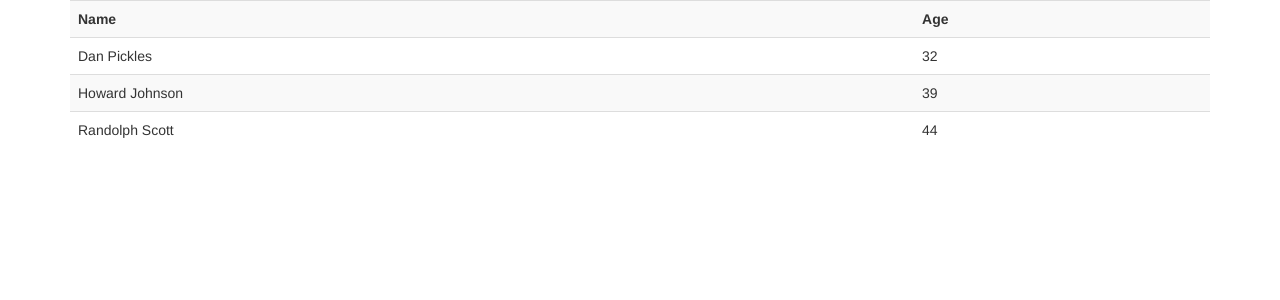
Repository: Peacepapi/1702Java
Page: web/src/main/webapp/boots.html
These files come from the project's save history. The page is drawn as it stood at one moment and after the next save; the edit follows.
The browser window is 1280 px wide. The pictures show the whole page.

Above is the page before, as saved 2017-02-24 18:28:30.

After the next save:
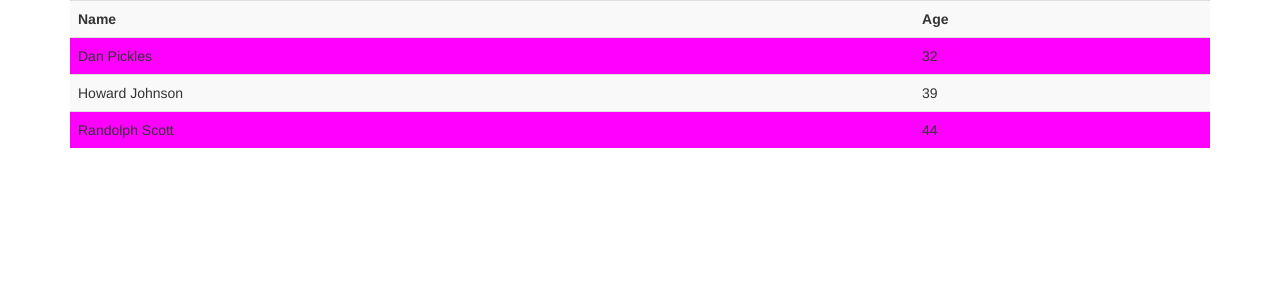
Saved 78 s later.
--- a/web/src/main/webapp/boots.html
+++ b/web/src/main/webapp/boots.html
@@ -5,6 +5,11 @@
 <title>Insert title here</title>
 <!-- external style sheet -->
 <link rel="stylesheet" href="https://maxcdn.bootstrapcdn.com/bootstrap/3.3.7/css/bootstrap.min.css" integrity="sha384-BVYiiSIFeK1dGmJRAkycuHAHRg32OmUcww7on3RYdg4Va+PmSTsz/K68vbdEjh4u" crossorigin="anonymous">
+<style type="text/css">
+.table{
+	background-color: fuchsia;
+}
+</style>
 </head>
 <body>
 <div class="container">
